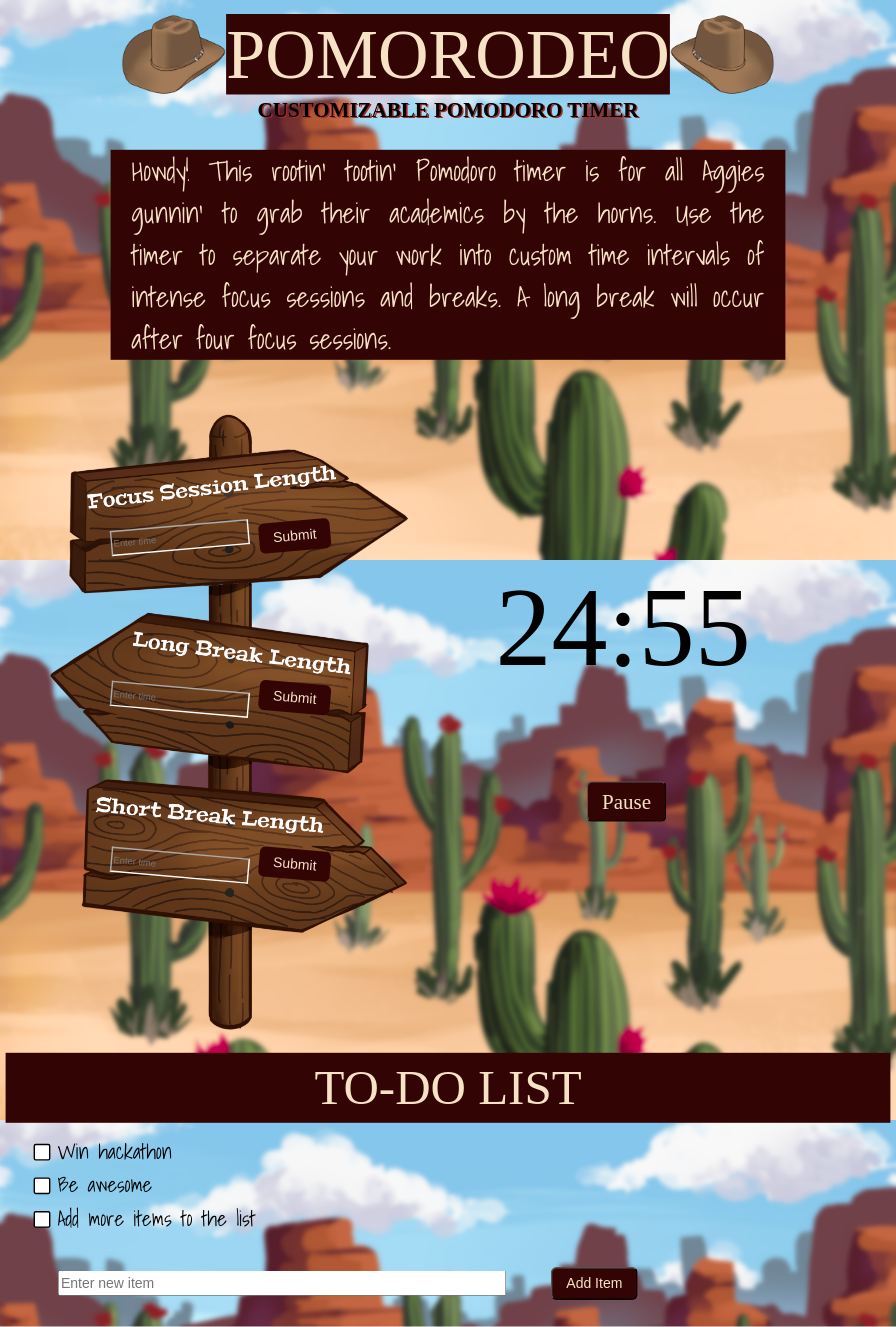
Repository: riya10483/pomodoro
Page: pomorodeo.html
An editor plug-in stored every save of this project. The page is shown before and after a run of saves, followed by the edit.
The browser window is 1280 px wide. The pictures show the whole page, at 70% of full size.
Backgrounds fixed to the window are drawn as part of the page. Some web fonts or font styles are not loaded; a fallback is used.

Above is the page before, as saved 2024-09-29 05:10:59.
Console error: SyntaxError: Identifier 'startTiming' has already been declared

### pomorodeo.html
<!DOCTYPE html>
<html lang="en">

<head>
    <meta charset="UTF-8">
    <style>
        @import url('https://fonts.googleapis.com/css2?family=Rye&display=swap');
    </style>
    <style>
        @import url('https://fonts.googleapis.com/css2?family=Shadows+Into+Light&display=swap');
    </style>
    <style>
        @import url('https://fonts.googleapis.com/css2?family=Peralta&family=Rye&display=swap');
    </style>
    <link id="style" rel="stylesheet" href="pomorodeo.css">
    <meta name="viewport" content="width=device-width, initial-scale=1.0">
    <title>Pomorodeo</title>
</head>


<body>
    <div class="header">
        <img src="cowboyhat.png" id="cowboy-hat" alt="Cowboy Hat" width="150px">
        <h1 class="title">POMORODEO</h1>
        <img src="cowboyhat.png" id="cowboy-hat-2" alt="Cowboy Hat" width="150px">
    </div>

    <h2 class="heading">CUSTOMIZABLE POMODORO TIMER</h2>
    <p class="paragraph">Howdy! This rootin' tootin' Pomodoro timer is for all
        Aggies gunnin' to grab their academics by the horns. Use the timer to separate your work into
        custom time intervals of intense focus sessions and breaks. A long break will occur after four
        focus sessions.
    </p>

    <div class="image-and-text">
        <img src="wood.png" id="wooden-sign" alt="Wild West Sign" width="650px">
        <div class="top-align">
            <p id="timer" class="timer_border">Timer</p>
        </div>
    </div>

    <div class="sign-labels"></div>
        <input type="number" id="time1" placeholder="Enter time"></input>
        <button id="submit1" onclick="chooseTime()">Submit</button>
        <br>
        <input type="number" id="time2" placeholder="Enter time" onclick="chooseTime()"></input>
        <button id="submit2" onclick="chooseTime()">Submit</button>
        <br>
        <input type="number" id="time3" placeholder="Enter time" onclick="chooseTime()"></input>
        <button id="submit3" onclick="chooseTime()">Submit</button>
    </div>

    <div class="control-buttons">
        <button onclick="pause()">
              Pause
          </button>
    </div>

<div id="todo">TO-DO LIST</div>
    <ul id="checklist">
        <li><input type="checkbox" id="item1"><label for="item1">Win hackathon</label></li>
        <li><input type="checkbox" id="item2"><label for="item2">Be awesome</label></li>
        <li><input type="checkbox" id="item3"><label for="item3">Add more items to the list</label></li>
    </ul>

    <input type="text" id="newItemText" placeholder="Enter new item">
    <button onclick="addItem()">Add Item</button>

    <script src="functions.js"></script>

</body>
<script src="functions.js"></script>


</html>

### pomorodeo.css
/* {
    background-color:burlywood;
    border: 0px;
    margin: 0px;
    font-family: "Shadows Into Light";
    font-size: 30px;
}*/
#todo {
    color:rgb(247, 226, 198);
    padding: 10px;
    background-color:rgb(50, 4, 4);
    text-align: center;
    font-family: Rye;
    font-size: 70px;
    border: 0px;
    margin: 0px;
}

li {
    font-size: 30px;
    font-family: "Shadows Into Light";
    list-style: none;
}

input {
    width: 30px;
    height: 30px;
    margin: 15px 30px;
}

/* Hide the default checkbox */
input[type="checkbox"] {
    display: none;
}

/* Create a custom checkbox appearance */
input[type="checkbox"] + label:before {
    content: '';
    display: inline-block;
    width: 20px;
    height: 20px;
    margin-right: 10px;
    border: 2px solid #000;
    border-radius: 3px;
    background-color: white;
    vertical-align: middle;
}

/* Change appearance when checkbox is checked */
input[type="checkbox"]:checked + label:before {
    background-color: rgb(50, 4, 4);
    border-color: rgb(50, 4, 4);
    content: '✓';
    color: rgb(247, 226, 198);
    text-align: center;
    font-size: 18px;
    line-height: 20px;
}

/* Strike-through on label text when checkbox is checked */
input[type="checkbox"]:checked + label {
    text-decoration: line-through;
    color: rgb(176, 141, 94);
}

#newItemText {
    width: 50%;
    font-size: 20px;
    margin-left: 75px;
    color: rgb(50, 4, 4);
}

button {
    background-color: rgb(50, 4, 4);
    color: rgb(247, 226, 198);
    padding: 10px 20px;
    border-radius: 8px;
    font-size: 20px;
    margin: 30px;
}

.header {
    display: flex;
    align-items: center;
    justify-content: center;
    margin-top: 20px;

}

#cowboy-hat {
    -webkit-transform: scaleX(-1);
    -moz-transform: scaleX(-1);
    -o-transform: scaleX(-1);
    transform: scaleX(-1);
}

.title {
    font-family: "Rye", serif;
    font-size: 100px;
    font-weight: 400;
    font-style: normal;
    text-align: center;
    padding-top: 0;
    padding-bottom: 0px;
    margin-top: 0px;
    margin-bottom: 0px;
    background-color:rgb(50, 4, 4);
    color: rgb(247, 226, 198);
}

.heading {
    font-family: "Peralta", serif;
    font-size: 30px;
    margin-top: 5px;
    text-align: center;
    text-shadow: 2px 2px brown;
}

.paragraph {
    font-family: "Shadows Into Light", serif;
    font-size: 40px;
    text-align: justify;
    color:rgb(247, 226, 198);
    padding-left: 30px;
    padding-right: 30px;
    line-height: 1.5;
    background-color: rgb(50, 4, 4);
    margin-left: 150px;
    margin-right: 150px;
}

.timer_border{
  width: 320px;
  height: 50px;
  /*padding: 10px;*/
  /*border: 5px solid gray;*/
  margin: 0;
}

#timerTitle{
    font-size: 50px;
    font-family: Rye;
    font-weight: normal;
}

#timer {
    font-size: 10em;
    font-family: Rye;
    text-align: center;
    margin-left: 50px;
    margin-top: 250px;
}

.image-and-text {
    display: flex;
    align-items: left;
    margin-bottom: 0;
}

body{
    background-image: url(blurbackground.png);
    background-repeat: no-repeat;
    background-position: center;
    background-attachment: fixed;
    background-size: cover;
}

.control-buttons {
    margin-left: 800px;
    margin-top: -200px;
    margin-bottom: 300px;
    justify-content: space-evenly;
}

.control-buttons button {
    font-family: "Peralta", serif;
    font-weight: 400;
    font-style: normal;
    font-size: 30px;
}

.sign-labels {
    margin-top: -750px;
    margin-bottom: 0px;
}

#time1 {
    margin-left: 150px;
    background-color: transparent;
    border-color: white;
    width: 15%;
    transform: rotate(-5deg);
}

#submit1 {
    margin-left: -20px;
    margin-top: -60px;
    margin-bottom: 0;
    padding-bottom: 0;
    transform: rotate(-5deg);
    border: none;
    padding-bottom: 10px;
}

#time2 {
    margin-left: 150px;
    margin-top: 180px;
    width: 15%;
    background-color: transparent;
    border-color: white;
    transform: rotate(5deg);
}

#submit2 {
    margin-left: -20px;
    margin-top: 0px;
    transform: rotate(5deg);
    border: none;
    padding-bottom: 10px;
}

#time3 {
    margin-left: 150px;
    margin-top: 170px;
    width: 15%;
    background-color: transparent;
    border-color: white;
    transform: rotate(5deg);
}

#submit3 {
    margin-left: -20px;
    margin-top: -40px;
    transform: rotate(5deg);
    border: none;
    padding-bottom: 10px;
}

### functions.js

// setInterval(function () {
//     seconds -= 1
//     let timerElement = document.getElementById("timer")
//     timerElement.innerHTML = seconds

// }, 1000);

let startTiming = 25
let time = startTiming * 60
let paused = false;

const count = document.getElementById("timer")

let interval = setInterval(updateTimer, 1000)
function updateTimer(){
    const minutes = Math.floor(time/60)
    let seconds = time % 60

    //condition ? do this : do that
    seconds  = seconds < 10 ?  '0' + seconds : seconds
    count.innerHTML = `${minutes}:${seconds}`
    time--

    if (time <= -1)
    {
        clearInterval(interval)
        time = -1
    }
}

updateTimer()

let itemCount = 3;

function addItem() {
    const itemText = document.getElementById('newItemText').value;
    if (itemText.trim() !== "") {
        itemCount++;

        // Create a new list item
        const newListItem = document.createElement('li');

        // Create a new checkbox input
        const newCheckbox = document.createElement('input');
        newCheckbox.type = 'checkbox';
        newCheckbox.id = 'item' + itemCount;

        // Create a label for the checkbox
        const newLabel = document.createElement('label');
        newLabel.setAttribute('for', newCheckbox.id);
        newLabel.textContent = itemText;

        // Append checkbox and label to the list item
        newListItem.appendChild(newCheckbox);
        newListItem.appendChild(newLabel);

        // Append the new list item to the checklist
        document.getElementById('checklist').appendChild(newListItem);

        // Clear the input field after adding the item
        document.getElementById('newItemText').value = "";
    } else {
        alert("Please enter a valid item.");
    }
}

function pause() {
    const pauseButton = document.querySelector('.control-buttons button');
    paused = !paused;

    if(paused) {
        clearInterval(interval);
        pauseButton.textContent = 'Resume';
    }
    else {
        startTimer();
        pauseButton.textContent = 'Pause';
    }
}

function startTimer() {
    interval = setInterval(updateTimer, 1000);
}

function chooseTime() {
    const focusLength = document.getElementById('time1').value;
    const longBreak = document.getElementById('time2').value;
    const shortBreak = document.getElementById('time3').value;
    startTiming = focusLength;
    time = startTiming * 60
    updateTimer();

}

After the next 2 saves:
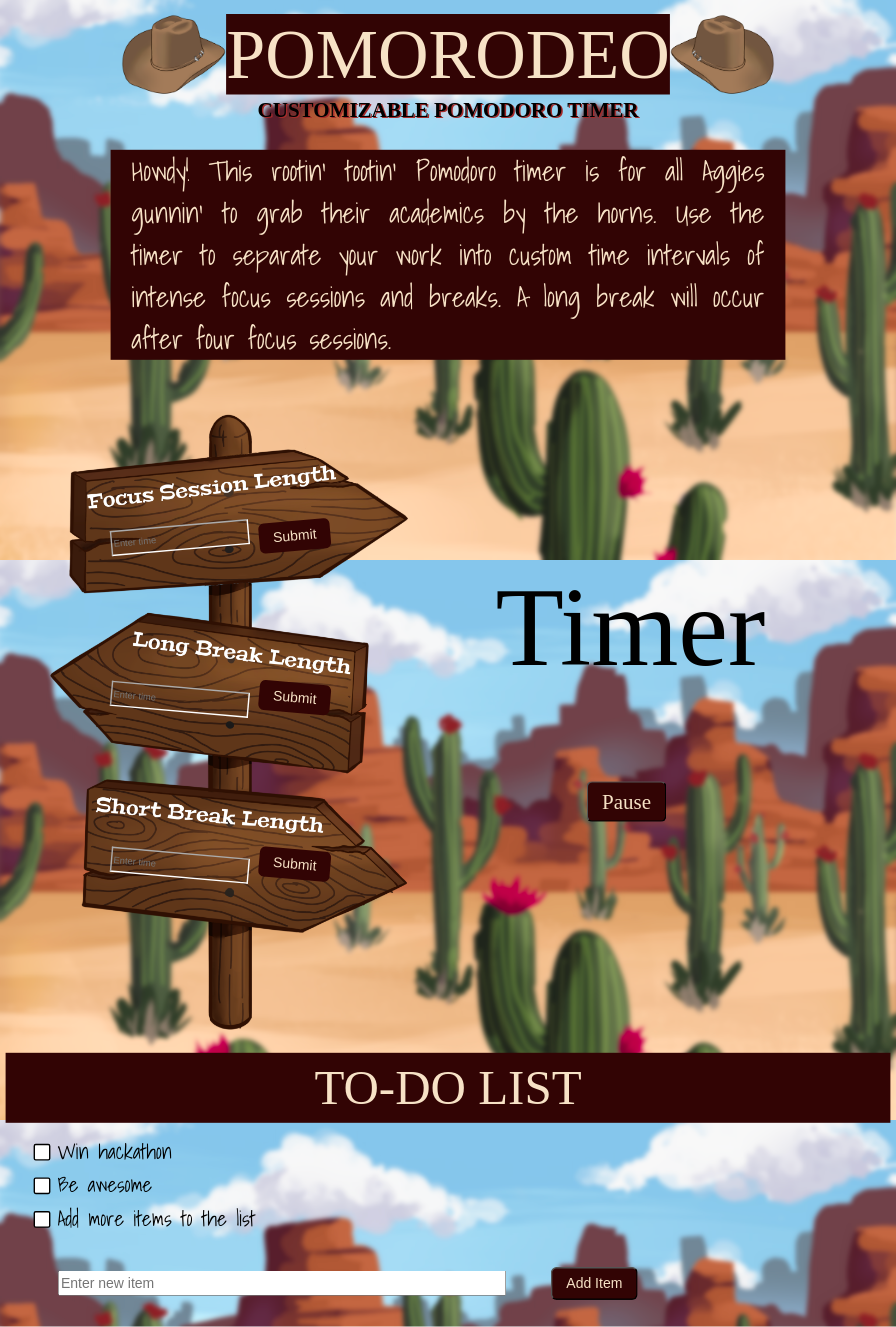
Console error: SyntaxError: Unexpected identifier 'startTiming'
The 2 saves are shown as one change because they came seconds apart.
The last was saved 66 s later.
--- a/functions.js
+++ b/functions.js
@@ -87,6 +87,7 @@
     const focusLength = document.getElementById('time1').value;
     const longBreak = document.getElementById('time2').value;
     const shortBreak = document.getElementById('time3').value;
+    for
     startTiming = focusLength;
     time = startTiming * 60
     updateTimer();

After the 6 saves that followed:
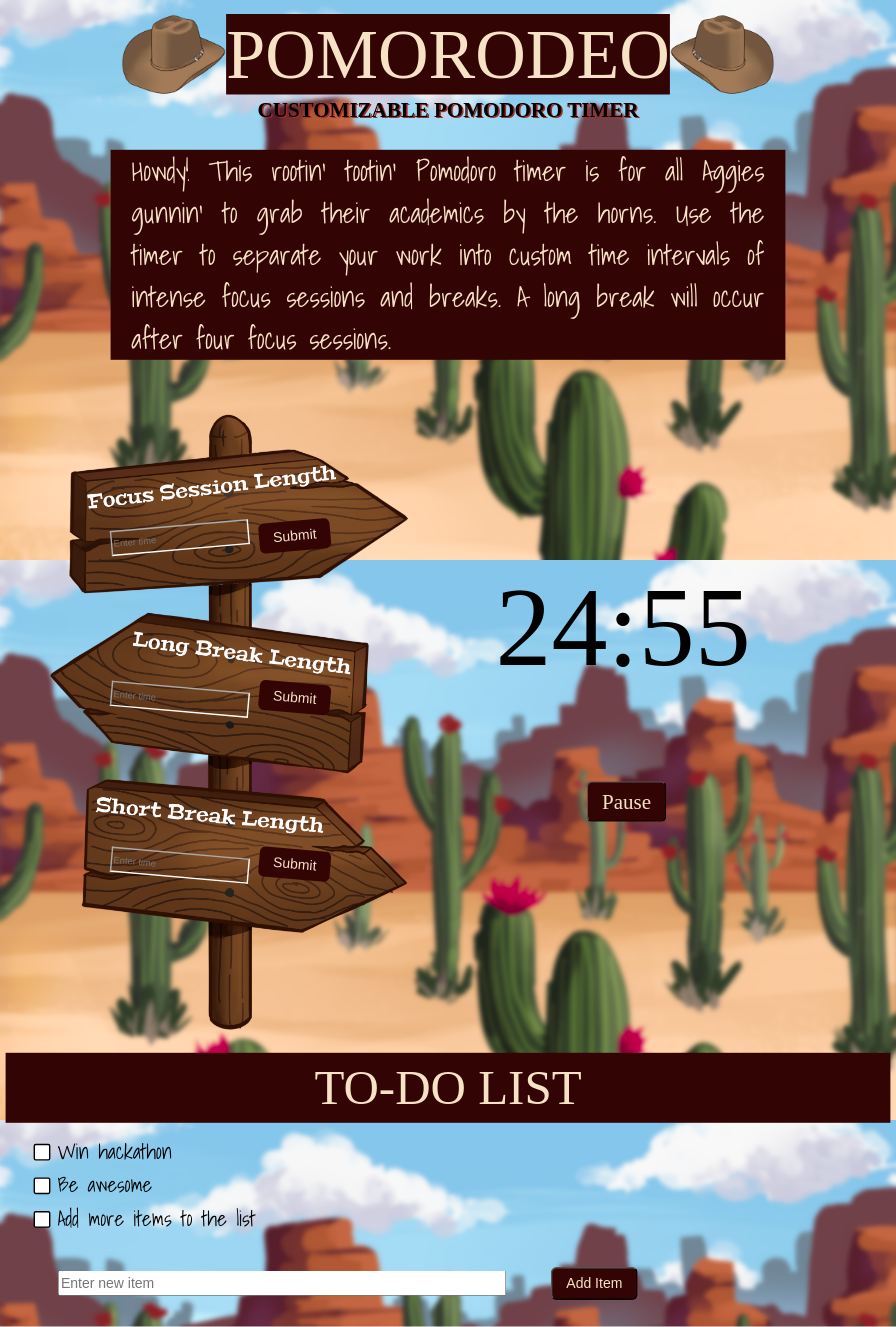
Console error: SyntaxError: Identifier 'startTiming' has already been declared
The 6 saves are shown as one change because 1 left the picture as it was and some came seconds apart.
The last was saved 67 s later.
--- a/functions.js
+++ b/functions.js
@@ -87,7 +87,7 @@
     const focusLength = document.getElementById('time1').value;
     const longBreak = document.getElementById('time2').value;
     const shortBreak = document.getElementById('time3').value;
-    for
+    for (let i = 0; i < 4; )
     startTiming = focusLength;
     time = startTiming * 60
     updateTimer();
